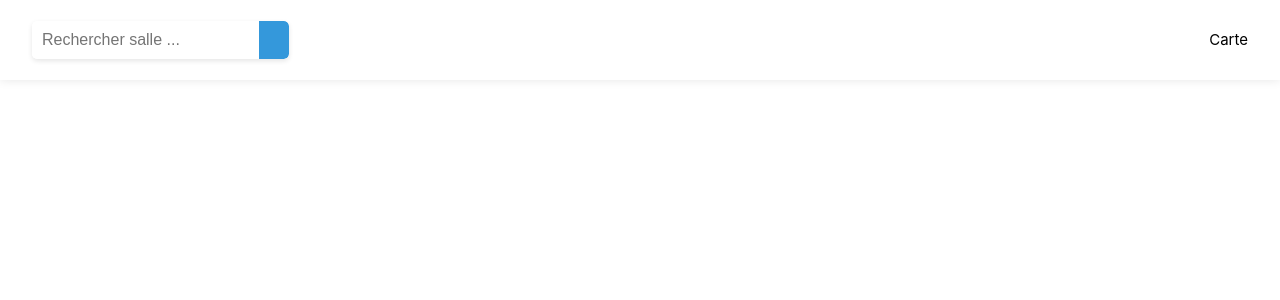
Repository: Tructruc/SAE-ALT-S3-Dev-23-24-Occupation-salles-3A-Groupe-2
Page: / (app in frontend/front-vue/)
These files come from the project's save history. The page is drawn as it stood at one moment and after the next save; the edit follows.
The browser window is 1280 px wide. The pictures show the whole page.
The project was rebuilt for these pictures with package versions that can differ from the ones it lists, and the page was loaded fresh each time. Also part of the build but not shown: frontend/front-vue/vite.config.js, frontend/front-vue/src/components/HelloWorld.vue, frontend/front-vue/src/components/WelcomeItem.vue, frontend/front-vue/src/components/icons/IconDocumentation.vue, frontend/front-vue/src/components/icons/IconTooling.vue, frontend/front-vue/src/components/icons/IconEcosystem.vue, frontend/front-vue/src/components/icons/IconCommunity.vue, frontend/front-vue/src/components/icons/IconSupport.vue and 1 more.

Above is the page before, as saved 2024-01-10 11:19:19.

After the next save:
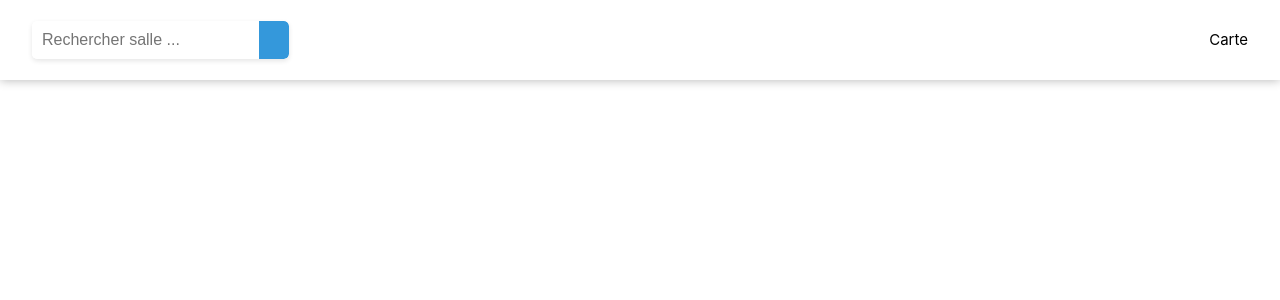
Saved 81 s later.
--- a/frontend/front-vue/src/components/Header.vue
+++ b/frontend/front-vue/src/components/Header.vue
@@ -32,7 +32,7 @@
     padding: 1rem 2rem;
     background-color: #fff;
     color:black;
-    box-shadow: 0 0 10px rgba(0, 0, 0, 0.1);
+    box-shadow: 0 0 10px rgba(0, 0, 0, 0.3);
 }
 
 .search-container {
